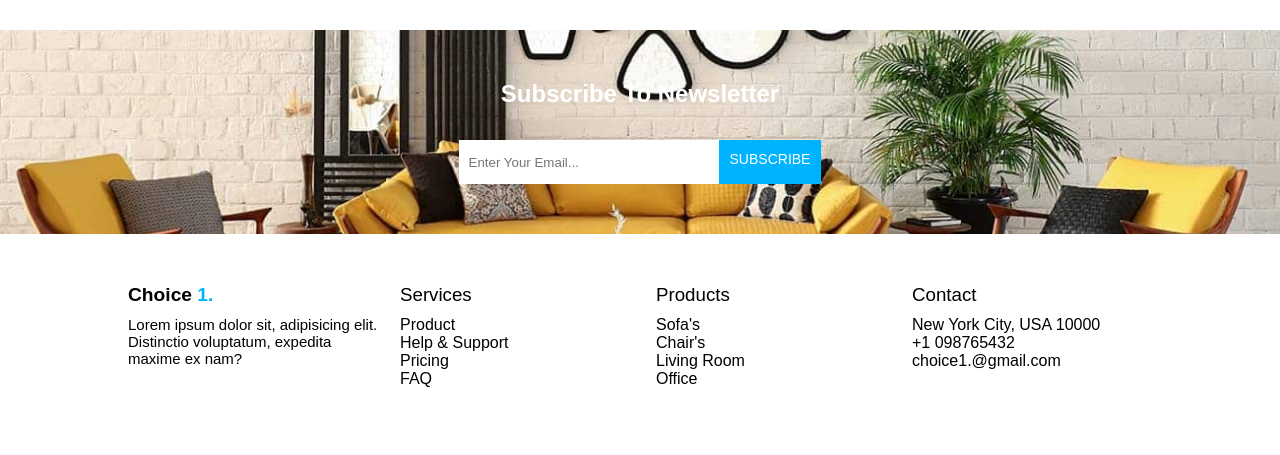
Repository: alishbah7/Choice1
Page: index.html
The author's editor kept a copy of each file at every save. The page is drawn from the files as they stood at one save, then again after the next save.
The browser window is 1280 px wide. The pictures show the part of the page from y = 3939 to 4428 px (the page is 4394 px tall before and 4428 px after).
A picture or video elsewhere on the page could not be fetched, so the positions and the page height are approximate. Backgrounds fixed to the window are drawn as part of the page.

Above is the page before, as saved 2024-11-24 12:54:21.

### index.html
<!DOCTYPE html>
<html lang="en">
<head>
    <meta charset="UTF-8">
    <meta name="viewport" content="width=device-width, initial-scale=1.0">
    <title>Navbar</title>

    <!--=== CSS ===-->
    <link rel="stylesheet" href="style.css">

    <!--=== BOXICONS ===-->
    <link href='https://unpkg.com/boxicons@2.1.4/css/boxicons.min.css' rel='stylesheet' />
</head>
<body>
    <!------------ header ------------>
    <header>
        <a href="#" class="logo">Choice <span>1.</span></a>
        <div class="bx bx-menu" id="menu-icon"></div>

        <ul class="navbar">
            <li><a href="#home">Home</a></li>
            <li><a href="#shop">Shop</a></li>
            <li><a href="#new">New Arrival</a></li>
            <li><a href="#about">About</a></li>
            <li><a href="#brands">Our Partners</a></li>
            <li><a href="#contact">Contact</a></li>
        </ul>
    </header>

    <!------------ home ------------>
    <section class="home" id="home">
        <div class="home-text">
            <h1><span>Make</span> Your Comfort <br> Is Our <span>Happiness</span></h1>
            <p>Lorem, ipsum dolor sit amet consectetur adipisicing elit. <br> Expedita totam consequuntur fuga quis aperiam nulla.</p>
            <a href="shop" class="btn">Shop Now</a>
        </div>
    </section>

    <!------------ shop ------------>
    <section class="shop" id="shop">
        <div class="heading">
            <span>New Arrival</span>
            <h1>Shop Now</h1>
        </div>
        <!------------ content ------------>
        <div class="shop-container">
            <!------------ box1 ------------>
            <div class="box">
                <div class="box-img">
                    <img src="img/img1.jpg" alt="">
                </div>
                <div class="title-price">
                    <h3>Brown Chair</h3>
                    <div class="stars">
                        <i class="bx bxs-star"></i>
                        <i class="bx bxs-star"></i>
                        <i class="bx bxs-star"></i>
                        <i class="bx bxs-star"></i>
                        <i class="bx bxs-star-half"></i>
                    </div>
                </div>
                <span>35$</span>
                <i class="bx bx-cart"></i>
            </div>
            <!------------ box2 ------------>
            <div class="box">
                <div class="box-img">
                    <img src="img/img1.jpg" alt="">
                </div>
                <div class="title-price">
                    <h3>Brown Chair</h3>
                    <div class="stars">
                        <i class="bx bxs-star"></i>
                        <i class="bx bxs-star"></i>
                        <i class="bx bxs-star"></i>
                        <i class="bx bxs-star"></i>
                        <i class="bx bxs-star-half"></i>
                    </div>
                </div>
                <span>35$</span>
                <i class="bx bx-cart"></i>
            </div>
            <!------------ box3 ------------>
            <div class="box">
                <div class="box-img">
                    <img src="img/img1.jpg" alt="">
                </div>
                <div class="title-price">
                    <h3>Brown Chair</h3>
                    <div class="stars">
                        <i class="bx bxs-star"></i>
                        <i class="bx bxs-star"></i>
                        <i class="bx bxs-star"></i>
                        <i class="bx bxs-star"></i>
                        <i class="bx bxs-star-half"></i>
                    </div>
                </div>
                <span>35$</span>
                <i class="bx bx-cart"></i>
            </div>
            <!------------ box4 ------------>
            <div class="box">
                <div class="box-img">
                    <img src="img/img1.jpg" alt="">
                </div>
                <div class="title-price">
                    <h3>Brown Chair</h3>
                    <div class="stars">
                        <i class="bx bxs-star"></i>
                        <i class="bx bxs-star"></i>
                        <i class="bx bxs-star"></i>
                        <i class="bx bxs-star"></i>
                        <i class="bx bxs-star-half"></i>
                    </div>
                </div>
                <span>35$</span>
                <i class="bx bx-cart"></i>
            </div>
            <!------------ box5 ------------>
            <div class="box">
                <div class="box-img">
                    <img src="img/img1.jpg" alt="">
                </div>
                <div class="title-price">
                    <h3>Brown Chair</h3>
                    <div class="stars">
                        <i class="bx bxs-star"></i>
                        <i class="bx bxs-star"></i>
                        <i class="bx bxs-star"></i>
                        <i class="bx bxs-star"></i>
                        <i class="bx bxs-star-half"></i>
                    </div>
                </div>
                <span>35$</span>
                <i class="bx bx-cart"></i>
            </div>
            <!------------ box6 ------------>
            <div class="box">
                <div class="box-img">
                    <img src="img/img1.jpg" alt="">
                </div>
                <div class="title-price">
                    <h3>Brown Chair</h3>
                    <div class="stars">
                        <i class="bx bxs-star"></i>
                        <i class="bx bxs-star"></i>
                        <i class="bx bxs-star"></i>
                        <i class="bx bxs-star"></i>
                        <i class="bx bxs-star-half"></i>
                    </div>
                </div>
                <span>35$</span>
                <i class="bx bx-cart"></i>
            </div>
        </div>
    </section>
    <!------------ new arrival ------------>
    <section class="new" id="new">
        <div class="heading">
            <span>New Collection</span>
            <h1>Best Selling</h1>
        </div>
    <!------------ content ------------>
    <div class="new-container">
        <!------------ box1 ------------>
        <div class="box">
            <div class="box-img">
                <img src="img/img1.jpg" alt="">
            </div>
            <div class="title-price">
                <h3>Brown Chair</h3>
                <div class="stars">
                    <i class="bx bxs-star"></i>
                    <i class="bx bxs-star"></i>
                    <i class="bx bxs-star"></i>
                    <i class="bx bxs-star"></i>
                    <i class="bx bxs-star-half"></i>
                </div>
            </div>
            <span>35$</span>
            <i class="bx bx-cart"></i>
        </div>
        <!------------ box2 ------------>
        <div class="box">
            <div class="box-img">
                <img src="img/img1.jpg" alt="">
            </div>
            <div class="title-price">
                <h3>Brown Chair</h3>
                <div class="stars">
                    <i class="bx bxs-star"></i>
                    <i class="bx bxs-star"></i>
                    <i class="bx bxs-star"></i>
                    <i class="bx bxs-star"></i>
                    <i class="bx bxs-star-half"></i>
                </div>
            </div>
            <span>35$</span>
            <i class="bx bx-cart"></i>
        </div>
        <!------------ box3 ------------>
        <div class="box">
            <div class="box-img">
                <img src="img/img1.jpg" alt="">
            </div>
            <div class="title-price">
                <h3>Brown Chair</h3>
                <div class="stars">
                    <i class="bx bxs-star"></i>
                    <i class="bx bxs-star"></i>
                    <i class="bx bxs-star"></i>
                    <i class="bx bxs-star"></i>
                    <i class="bx bxs-star-half"></i>
                </div>
            </div>
            <span>35$</span>
            <i class="bx bx-cart"></i>
        </div>
        <!------------ box4 ------------>
        <div class="box">
            <div class="box-img">
                <img src="img/img1.jpg" alt="">
            </div>
            <div class="title-price">
                <h3>Brown Chair</h3>
                <div class="stars">
                    <i class="bx bxs-star"></i>
                    <i class="bx bxs-star"></i>
                    <i class="bx bxs-star"></i>
                    <i class="bx bxs-star"></i>
                    <i class="bx bxs-star-half"></i>
                </div>
            </div>
            <span>35$</span>
            <i class="bx bx-cart"></i>
        </div>
        <!------------ box5 ------------>
        <div class="box">
            <div class="box-img">
                <img src="img/img1.jpg" alt="">
            </div>
            <div class="title-price">
                <h3>Brown Chair</h3>
                <div class="stars">
                    <i class="bx bxs-star"></i>
                    <i class="bx bxs-star"></i>
                    <i class="bx bxs-star"></i>
                    <i class="bx bxs-star"></i>
                    <i class="bx bxs-star-half"></i>
                </div>
            </div>
            <span>35$</span>
            <i class="bx bx-cart"></i>
        </div>
        <!------------ box6 ------------>
        <div class="box">
            <div class="box-img">
                <img src="img/img1.jpg" alt="">
            </div>
            <div class="title-price">
                <h3>Brown Chair</h3>
                <div class="stars">
                    <i class="bx bxs-star"></i>
                    <i class="bx bxs-star"></i>
                    <i class="bx bxs-star"></i>
                    <i class="bx bxs-star"></i>
                    <i class="bx bxs-star-half"></i>
                </div>
            </div>
            <span>35$</span>
            <i class="bx bx-cart"></i>
        </div>
    </div>
</section>
<!------------ about ------------>
<section class="about" id="about">
    <div class="about-img">
        <img src="img/furniture4.jpeg" alt="">
    </div>
    <div class="about-text">
        <span>About Us</span>
        <h2>Furniture is impoertant part <br>for comfort</h2>
        <p>Lorem ipsum dolor sit amet consectetur adipisicing elit. Dolorem sit maxime praesentium, facere totam, iusto omnis eveniet accusamus rerum, veritatis explicabo possimus necessitatibus officiis? Voluptas.</p>
        <p>Lorem, ipsum dolor sit amet consectetur adipisicing elit. Nam velit, deserunt placeat qui nemo natus.</p>
        <a href="#shop" class="btn">Learn More.</a>
    </div>
</section>
<!------------ brands ------------>
<section class="brands" id="brands">
    <div class="heading">
        <span>Brands</span>
        <h1>Our Brands Partners</h1>
    </div>
    <div class="brands-container">
        <img src="img/google.webp" alt="">
        <img src="img/amazon.png" alt="">
        <img src="img/netflix.a3e87fea-e03e-4c0a-8f26-9ecef205fa7b" alt="">
        <img src="img/tesla.webp" alt="">
        <img src="img/star.webp" alt="">
        <img src="img/zoom.png" alt="">
    </div>
</section>
<!------------ contact ------------>
<section class="newsletter" id="contact">
    <h2>Subscribe To Newsletter</h2>
    <div class="news-box">
        <input type="text" placeholder="Enter Your Email...">
        <a href="#" class="btn">Subscribe</a>
    </div>
</section>
<!------------ footer ------------>
<section class="footer" id="footer">
    <div class="footer-box">
        <h2>Choice <span>1.</span></h2>
        <p>Lorem ipsum dolor sit, adipisicing elit. <br>  Distinctio voluptatum, expedita maxime ex nam?</p>
        <div class="social">
            <a href="#"><i class="bx bx1-facebook"></i></a>
            <a href="#"><i class="bx bx1-twitter"></i></a>
            <a href="#"><i class="bx bx1-instagram"></i></a>
        </div>
    </div>
    <div class="footer-box">
        <h3>Services</h3>
        <li><a href="#">Product</a></li>
        <li><a href="#">Help & Support</a></li>
        <li><a href="#">Pricing</a></li>
        <li><a href="#">FAQ</a></li>
    </div>
    <div class="footer-box">
        <h3>Products</h3>
        <li><a href="#">Sofa's</a></li>
        <li><a href="#">Chair's</a></li>
        <li><a href="#">Living Room</a></li>
        <li><a href="#">Office</a></li>
    </div>
    <div class="footer-box contact-info">
        <h3>Contact</h3>
        <span>New York City, USA 10000</span>
        <span>+1 098765432</span>
        <span>choice1.@gmail.com</span>
    </div>
</section>


</body>
</html>

### style.css
*{
    margin: 0;
    padding: 0;
    box-sizing: border-box;
    scroll-behavior: smooth;
    scroll-padding-top: 2rem;
    list-style: none;
    text-decoration: none;
    font-family: "Poppins", sans-serif;
}

:root{
    --text-color: #000000;
    --main-color: #00b3ff;
}

section{
    padding: 50px 10%;
}

header{
    position: fixed;
    width: 100%;
    top: 0;
    right: 0;
    z-index: 1000;
    display: flex;
    align-items: center;
    justify-content: space-between;
    padding: 18px 100px;
    background: #edecea;
}

.logo{
    font-size: 1.2rem;
    font-weight: 600;
    color: var(--text-color);
}

.logo span{
    color: var(--main-color);
}

.navbar{
    position: relative;
    display: flex;
}

.navbar a{
    font-size: 1rem;
    padding: 10px 20px;
    font-weight: 500;
    color: var(--text-color);
}

.navbar a:hover{
    color: var(--main-color);
}

#menu-icon{
    font-size: 2rem;
    cursor: pointer;
    display: none;
}

.home{
    width: 100%;
    min-height: 100vh;
    background-image: url(img/furniture2.jpg);
    background-repeat: no-repeat;
    background-size: cover;
    background-position: right;
    background-attachment: fixed;
    display: flex;
    align-items: center;
}

.home-text h1{
    font-size: 2.7rem;
    color: #fff;
}

.home-text p{
    font-size: 0.938rem;
    margin: 0.4rem 0 1.8rem;
    color: #fff;
}

.home-text span{
    color: var(--main-color);
}

.btn{
    padding: 10px 14px;
    background: var(--main-color);
    color: #fff;
    border-radius: 0.3rem;
    font-size: 14px;
}

.btn:hover{
    background-color: #ffffff00;
    border: 2px solid var(--main-color);
    color: var(--main-color);
}

.heading span{
    display: flex;
    align-items: center;
    justify-content: center;
    color: var(--main-color);
    padding-bottom: 5px;
    font-size: 14px;
    font-weight: 500;
    text-transform: uppercase;
}

.heading h1{
    display: flex;
    align-items: center;
    justify-content: center;
    font-size: 30px;
    font-weight: 700;
}

.shop-container, .new-container {
    display: grid;
    grid-template-columns: repeat(auto-fit, minmax(300px, auto));
    gap: 1rem;
    margin-top: 2rem;
}

.box{
    position: relative;
    box-shadow: 1px 4px 4px rgb(0, 0, 0, 0.1);
    border-radius: 44px 4px 4px 4px;
}

.box .box-img{
    width: 100%;
    height: 400px;
    overflow: hidden;
    border-radius: 44px 4px 0 0;
}

.box .box-img img{
    width: 100%;
    height: 100%;
    object-fit: cover;
    object-position: center;
}

.box .box-img img:hover{
    transform: scale(1.1);
    transition: 0.5s;
}

.title-price{
    display: flex;
    justify-content: space-between;
    padding: 12px;
}

.title-price h3{
    font-size: 1rem;
    font-weight: 600;
}

.box span{
    font-size: 1.1rem;
    font-weight: 500;
    padding-left: 12px;
    color: var(--main-color);
}

.stars .bx{
    color: var(--main-color);
}

.box .bx-cart{
    position: absolute;
    bottom: 0;
    right: 0;
    padding: 7px;
    font-size: 20px;
    color: #fff;
    border-radius: 4px 0 4px 0;
    background: var(--main-color);
}

.box .bx-cart:hover{
    color: var(--main-color);
    background-color: #fff;
    border: 1px solid var(--main-color);
    cursor: pointer;
}

.new-container .box{
    border-radius: 4px;
}

.new-container .box .box-img{
    border-radius: 4px 44px 4px 4px;
}

.about{
    display: grid;
    grid-template-columns: repeat(1, 2fr);
    gap: 1rem;
}

.about-img img{
    width: 80%;
    border-radius: 10px;
    object-fit: contain;
}

.about-text span{
    font-size: 14px;
    font-weight: 500;
    text-transform: uppercase;
    color: var(--main-color);
}

.about-text p{
    font-size: 0.938rem;
    margin: 0.5rem 0 1.4rem;
}

.brands-container{
    display: grid;
    grid-template-columns: repeat(auto-fit, minmax(100px, auto));
    align-items: center;
    justify-content: space-between;
    gap: 1rem;
    margin-top: 2rem;
}

.brands-container img{
    width: 100px;
}

.brands-container img{
    width: 100px;
    filter: grayscale(1);
}

.brands-container img:hover{
    cursor: pointer;
    filter: grayscale(0);
}

.newsletter{
    display: flex;
    flex-direction: column;
    align-items: center;
    background-image: url(img/Furniture3.jpg);
    background-repeat: no-repeat;
    background-size: cover;
    background-position: center;
}

.newsletter h2{
    color: #fff;
}

.news-box{
    display: flex;
    align-items: center;
    margin-top: 2rem;
}

.news-box input{
    width: 260px;
    height: 44px;
    border: none;
    outline: none;
    background: #fff;
    padding: 10px;
}

.news-box .btn{
    height: 44px;
    padding: 11px;
    border-radius: 0;
    font-weight: 500;
    text-transform: uppercase;
}

.footer{
    display: grid;
    grid-template-columns: repeat(auto-fit, minmax(240px, auto));
    gap: 1rem;
}

.footer-box h2{
    font-size: 1.2rem;
    font-weight: 600;
    margin-bottom: 10px;
}

.footer-box span{
    color: var(--main-color);
}

.footer-box p{
    font-size: 00.938rem;
    margin-bottom: 10px;
}

.social{
    display: flex;
    align-items: center;
}

.social a{
    font-size: 24px;
    margin-right: 10px;
    color: #000000;
}

.social a:hover{
    color: var(--main-color);
}

.footer-box h3{
    font-weight: 500;
    margin-bottom: 10px;
}

.footer-box li a{
    color: #000000;
}

.footer-box li a:hover{
    color: var(--main-color);
}

.contact-info{
    display: flex;
    flex-direction: column;
}

.contact-info span{
    color: #000000;
}

After the next save:
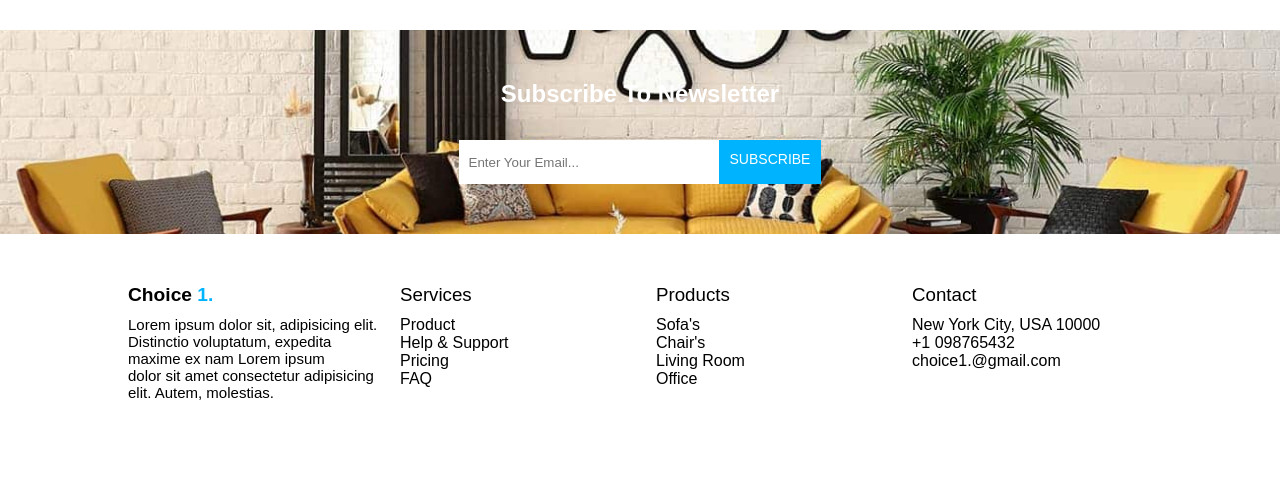
Saved 57 s later.
--- a/index.html
+++ b/index.html
@@ -312,7 +312,7 @@
 <section class="footer" id="footer">
     <div class="footer-box">
         <h2>Choice <span>1.</span></h2>
-        <p>Lorem ipsum dolor sit, adipisicing elit. <br>  Distinctio voluptatum, expedita maxime ex nam?</p>
+        <p>Lorem ipsum dolor sit, adipisicing elit. <br>  Distinctio voluptatum, expedita maxime ex nam Lorem ipsum <br> dolor sit amet consectetur adipisicing elit. Autem, molestias.</p>
         <div class="social">
             <a href="#"><i class="bx bx1-facebook"></i></a>
             <a href="#"><i class="bx bx1-twitter"></i></a>
